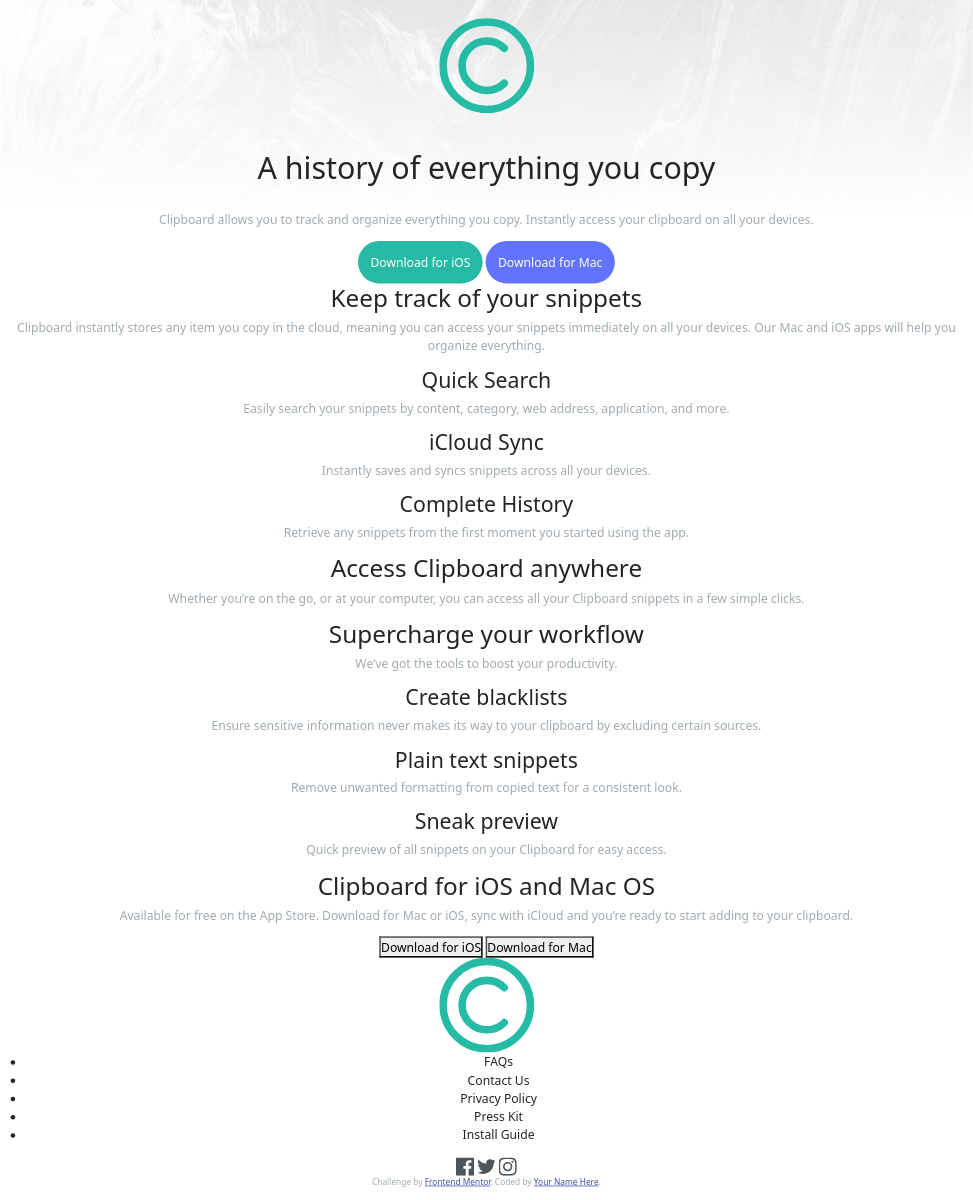
Repository: blordeus/clipboard-landing-page-master
Page: index.html
The author's editor kept a copy of each file at every save. The page is drawn from the files as they stood at one save, then again after a run of saves.
The browser window is 1280 px wide. The pictures show the whole page, at 76% of full size.
Some web fonts or font styles are not loaded; a fallback is used. The style sheet was rebuilt from its Sass, Less or Tailwind sources for each picture, by a compiler version that may differ from the author's.

Above is the page before, as saved 2023-09-04 11:28:37.

### index.html
<!DOCTYPE html>
<html lang="en">
<head>
  <meta charset="UTF-8">
  <meta name="viewport" content="width=device-width, initial-scale=1.0"> <!-- displays site properly based on user's device -->

  <link rel="icon" type="image/png" sizes="32x32" href="./images/favicon-32x32.png">
  <link rel="stylesheet" href="style.css">
  <link href="https://cdn.jsdelivr.net/npm/bootstrap@5.3.1/dist/css/bootstrap.min.css" rel="stylesheet" integrity="sha384-4bw+/aepP/YC94hEpVNVgiZdgIC5+VKNBQNGCHeKRQN+PtmoHDEXuppvnDJzQIu9" crossorigin="anonymous">
  <title>Frontend Mentor | Clipboard landing page</title>

</head>
<body>
<main class="text-center">
    <header class="background py-4">
      <img src="./images/logo.svg" alt="">
      <h1 class="mt-5 translate-bottom-y">A history of everything you copy</h1>
    </header>

    <p>
      Clipboard allows you to track and organize everything you
      copy. Instantly access your clipboard on all your devices.
    </p>

    <div class="grid gap-3">
      <button class="btn-cyan rounded-pill">Download for iOS</button>
      <button class="btn-blue rounded-pill">Download for Mac</button>
    </div>

    <h2>Keep track of your snippets</h2>

    <p>
      Clipboard instantly stores any item you copy in the cloud,
      meaning you can access your snippets immediately on all your
      devices. Our Mac and iOS apps will help you organize everything.
    </p>

    <section>
      <h3>Quick Search</h3>
      <p>Easily search your snippets by content, category, web address, application, and more.</p>
      <h3>iCloud Sync</h3>
      <p>Instantly saves and syncs snippets across all your devices.</p>
      <h3>Complete History</h3>
      <p>Retrieve any snippets from the first moment you started using the app.</p>
    </section>

    <h2>Access Clipboard anywhere</h2>

    <p>
      Whether you’re on the go, or at your computer, you can access all your Clipboard
      snippets in a few simple clicks.
    </p>

    <h2>Supercharge your workflow</h2>

    <p>We’ve got the tools to boost your productivity.</p>

    <section>
      <h3>Create blacklists</h3>
      <p>Ensure sensitive information never makes its way to your clipboard by excluding certain sources.</p>
      <h3>Plain text snippets</h3>
      <p>Remove unwanted formatting from copied text for a consistent look.</p>
      <h3>Sneak preview</h3>
      <p>Quick preview of all snippets on your Clipboard for easy access.</p>
    </section>

    <h2>Clipboard for iOS and Mac OS</h2>

    <p>
      Available for free on the App Store. Download for Mac or iOS, sync with iCloud
      and you’re ready to start adding to your clipboard.
    </p>

    <button>Download for iOS</button>
    <button>Download for Mac</button>

    <section>
      <img src="./images/logo.svg" alt="">
      <ul>
        <li>FAQs</li>
        <li>Contact Us</li>
        <li>Privacy Policy</li>
        <li>Press Kit</li>
        <li>Install Guide</li>
      </ul>
      <div class="icons">
        <img src="./images/icon-facebook.svg" alt="">
        <img src="./images/icon-twitter.svg" alt="">
        <img src="./images/icon-instagram.svg" alt="">
      </div>
    </section>

    <footer>
      <p class="attribution">
        Challenge by <a rel= "noopener" href="https://www.frontendmentor.io?ref=challenge" target="_blank">Frontend Mentor</a>.
        Coded by <a href="#">Your Name Here</a>.
      </p>
    </footer>
</main>
</body>
</html>

### style.scss
@import url('https://fonts.googleapis.com/css2?family=Bai+Jamjuree:wght@400;600&family=Karla:wght@400;700&display=swap');

:root{
--Strong-Cyan: hsl(171, 66%, 44%);
--Light-Blue: hsl(233, 100%, 69%);
--Dark-Grayish-Blue: hsl(210, 10%, 33%);
--Grayish-Blue: hsl(201, 11%, 66%);

}
//reset
* {
    margin: 0;
    padding: 0;
    box-sizing: border-box;
}

body {
    font-family: 'Bai Jamjuree', sans-serif;
    background-color: hsl(204, 43%, 93%);
    font-size: 18px;
}

p {
    color: var(--Grayish-Blue);
}

//button
.btn-cyan {
    background-color: var(--Strong-Cyan);
    color: white;
    padding: 1rem;
    border: none;
    cursor: pointer;
}

.btn-blue {
    background-color: var(--Light-Blue);
    color: white;
    padding: 1rem;
    border: none;
    cursor: pointer;
}

.background {
    background-image: url(./images/bg-header-mobile.png);
    background-repeat: no-repeat;
    background-size: cover;
    background-position: center;
    height: 100%;
    width: 100%;
}

.attribution { font-size: 11px; text-align: center; }
.attribution a { color: hsl(228, 45%, 44%); }

//media query for 900px
@media screen and (min-width: 900px) {
    .background {
        background-image: url(./images/bg-header-desktop.png);
    }
}

After the next 4 saves:
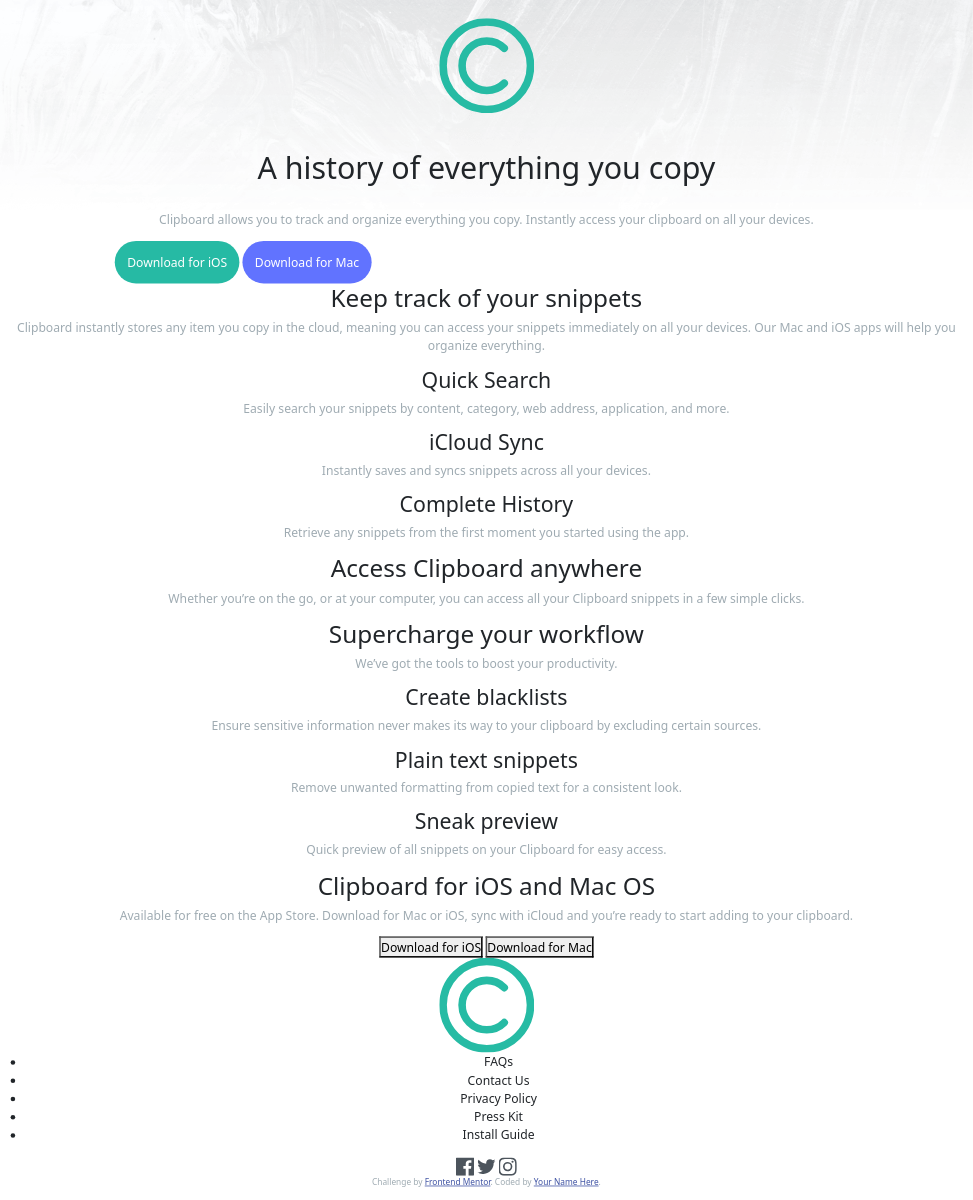
The 4 saves are shown as one change because they came seconds apart.
The last was saved 11 s later.
--- a/index.html
+++ b/index.html
@@ -22,7 +22,7 @@
       copy. Instantly access your clipboard on all your devices.
     </p>
 
-    <div class="grid gap-3">
+    <div class="grid col-6">
       <button class="btn-cyan rounded-pill">Download for iOS</button>
       <button class="btn-blue rounded-pill">Download for Mac</button>
     </div>
